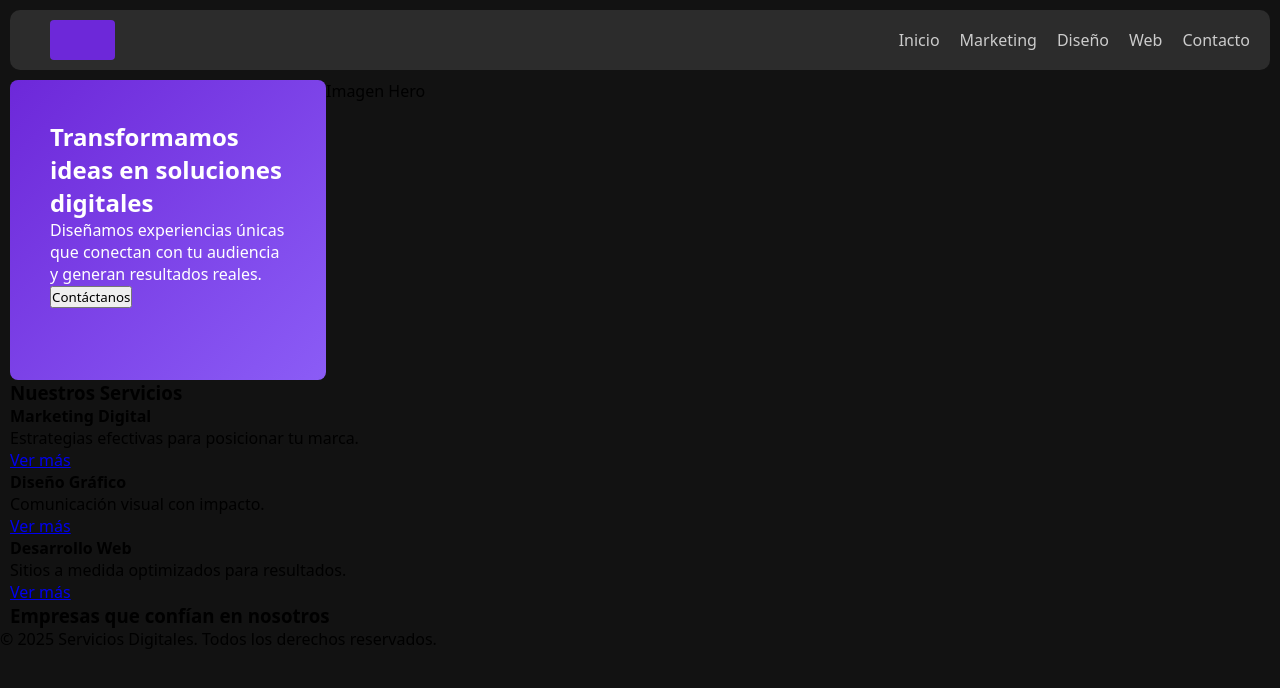
Repository: santinogarrone/TrabajoAgustin
Page: html/index.html
An editor plug-in stored every save of this project. The page is shown before and after a run of saves, followed by the edit.
The browser window is 1280 px wide. The pictures show the whole page.

Above is the page before, as saved 2025-05-02 12:12:49.

### html/index.html
<!DOCTYPE html>
<html lang="en">
<head>
    <meta charset="UTF-8">
    <meta name="viewport" content="width=device-width, initial-scale=1.0">
    <link rel="stylesheet" href="../css/style.css">
    <title>Página de Agustin</title>
</head>
<body>

    <header>
        <nav class="nav-bar">
            <div class="cuadrado-violeta">

            </div>


            <ul class="nav-list">
                <li class="nav-item"><a href="">Inicio</a></li>
                <li class="nav-item"><a href="">Marketing</a></li>
                <li class="nav-item"><a href="">Diseño</a></li>
                <li class="nav-item"><a href="">Web</a></li>
                <li class="nav-item"><a href="">Contacto</a></li>
            </ul>

            <button class="menu-icon" aria-label="menu">
                <span class="menu-line"></span>
                <span class="menu-line"></span>
                <span class="menu-line"></span>
            </button>
        </nav>
    </header>
        <main>

            <section class="main-contact">
                <div class="contacto">
                    <h2 class="tit-contacto">Transformamos ideas en soluciones digitales</h2>
                    <p class="explicacion">Diseñamos experiencias únicas que conectan con tu audiencia y generan resultados reales.</p>

                    <button class="boton-contactar" onclick="location.href='../html/contacto.html'">
                        Contáctanos
                    </button>
                </div>

                <div class="img-hero">
                    Imagen Hero
                </div>
            </section>

            <section class="servicios">
                <h3>Nuestros Servicios</h3>

                <div class="card">
                    <h4>Marketing Digital</h4>
                    <p>Estrategias efectivas para posicionar tu marca.</p>
                    <a href="../html/marketing.html">Ver más</a>
                </div>

                <div class="card">
                    <h4>Diseño Gráfico</h4>
                    <p>Comunicación visual con impacto.</p>
                    <a href="#">Ver más</a>
                </div>

                <div class="card">
                    <h4>Desarrollo Web</h4>
                    <p>Sitios a medida optimizados para resultados.</p>
                    <a href="#">Ver más</a>
                </div>

            </section>

            <section class="empresas">
                <h3>Empresas que confían en nosotros</h3>
                <article class="logos">
                    <div class="logo"></div>
                    <div class="logo"></div>
                    <div class="logo"></div>
                    <div class="logo"></div>
                </article>

            </section>

        </main>

    <footer>
        <div class="ftr">
            <p>&copy; 2025 Servicios Digitales. Todos los derechos reservados.</p>
        </div>
    </footer>
</body>
</html>

### css/style.css
@import url(./global.css);

*{
    margin: 0;
    padding: 0;
    box-sizing: border-box;
    font-family: var(--font-family);
}


body{
    background-color: var(--fondo-color);
    height: 100%;
}
main{
    margin: 0 10px;
}

header{
    padding: 10px;
}
.cuadrado-violeta{
    display: block;
    width: 65px;
    height: 40px;
    background-color: var(--primary-color-original);
    border-radius: 4px;
    margin-left: 20px;
}


.nav-bar {
    display: flex;
    align-items: center;
    justify-content: space-between;
    background-color: #2c2c2c;
    padding: 10px 20px;
    border-radius: 10px;
    position: relative;
  }

  .menu-icon {
    display: none;
  }

  .menu-line {
    height: 4px;
    background-color: white;
    border-radius: 2px;
    width: 100%;
  }

  .nav-list {
    display: flex;
    gap: 20px;
    list-style: none;
    margin: 0;
    padding: 0;
  }

  .nav-item a {
    color: #ccc;
    text-decoration: none;
  }

  .main-contact{
    display: flex;
  }
  .main-contact .contacto{
    background: var(--primary-color-gradient);
    border-radius: 8px;
    color: var(--texto-color);
    padding: 40px;
    max-width: 750px;
    height: 300px;
    flex-direction: column;
    gap: 20px;
    width: 316px;
  }

  .tit-contacto{
    margin: 0;
  }

@media (375px >= width) {

    .hero-img{
        display: none;
    }
    .hero-texto p{
        display: none;
    }
    body{
        background-color: var(--fondo-color);
        height: 100%;
    }

    header{
        background-color: var(--superficie-dos);
        position: sticky;
        top: 0;
        margin: 0;
        border-radius: 0;
    }

    main{
        margin: 0px;
    }
    .explicacion{
        display: none;
    }

    .nav-list{
        display: none;
    }

    .img-hero{
        display: none;
    }
    .cuadrado-violeta{
        display: block;
        width: 65px;
        height: 40px;
        background-color: var(--primary-color-original);
        border-radius: 4px;
        margin-left: 20px;
    }

    .menu-icon{
        width: 30px;
        height: 30px;
        background: transparent;
        display: flex;
        flex-direction: column;
        gap: 4px;
        height: fit-content;
        border: none;
    }

    .menu-line{
        width: 100%;
        height: 4px;
        background-color: var(--texto-color);
        border: none;
        border-radius: 4px;

    }

    .nav-bar{
        display: flex;
        justify-content: space-between;
        align-items: center;
        padding: 5px 16px;
    }


    .main-contact{
        display: flex;
        padding: 24px;
        justify-content: center;
        align-items: center;
    }

    .contacto{
        display: block;
        padding: 34px;
        background: var(--primary-color-gradient);
        border-radius: 10px;
        color: var(--texto-color);
        height: auto;
        font-size: 12px;
    }

    .contacto .tit-contacto{
        text-align: center;
        align-items: center;
        font-weight: bold;
        margin-top: 30px;
    }

    .boton-contactar{
        display: block;
        margin: 0 auto;
        margin-bottom: 20px;
        margin-top: 12px;
        padding: 5px 20px;
        color: var(--primary-claro);
        background-color: var(--fondo-color);
        border-radius: 6px;
        cursor: pointer;
    }

    .servicios{
        display: flex;
        flex-direction: column;
        margin: 0 20px;
    }

    .servicios h3{
        color: var(--texto-color);
    }

    .card{
        margin-top: 5px;
        align-items: center;
        justify-content: center;
        background-color: var(--superficie-dos);
        border-radius: 8px;
        padding: 12px;
        margin-bottom: 15px;
    }

    .card h4{
        color: var(--texto-color);
    }

    .card p{
        color: var(--texto-secundario);
        padding-bottom: 20px;
    }

    .card a{
        display: inline-block;
        margin-bottom: 20px;
        color: var(--texto-color);
        cursor: pointer;
    }

    .empresas{
        display: flex;
        flex-direction: column;
        align-items: flex-start;
        margin-left: 20px;
    }

    .empresas h3{
        color: var(--texto-color);
        margin-bottom: 1rem;
    }

    .logos{
        margin-top: 5px;
        width: 335px;
        display: flex;
        justify-content: center;
        align-items : center;
        gap: 5px;
        background-color: var(--superficie-dos);
        border-radius: 8px;
        padding: 20px;
        margin-bottom: 10px;
    }

    .logo{
        width: 60px;
        height: 30px;
        background-color: #444444;
        border-radius: 5px;
    }

    .ftr{
        background-color: var(--superficie-dos);
        border-radius: 8px;
        text-align: center;
        margin: 15px 10px;
        padding: 16px;
        color: var(--texto-secundario);
    }
}

### css/global.css
:root{
    --primary-color-gradient : linear-gradient(135deg, #6D28D9, #8B5CF6);
    --primary-color-original : #6D28D9;
    --primary-claro : #8b5cf6;
    --secundary-color : #10b981;
    --acento-color : #f5930b;
    --fondo-color : #121212;
    --superficie-color : #1e1e1e;
    --superficie-dos : #2d2d2d;
    --texto-secundario : #A0A0A0;

    --texto-color : #fff;
    --font-family : 'system-ui'
}

After the next 2 saves:
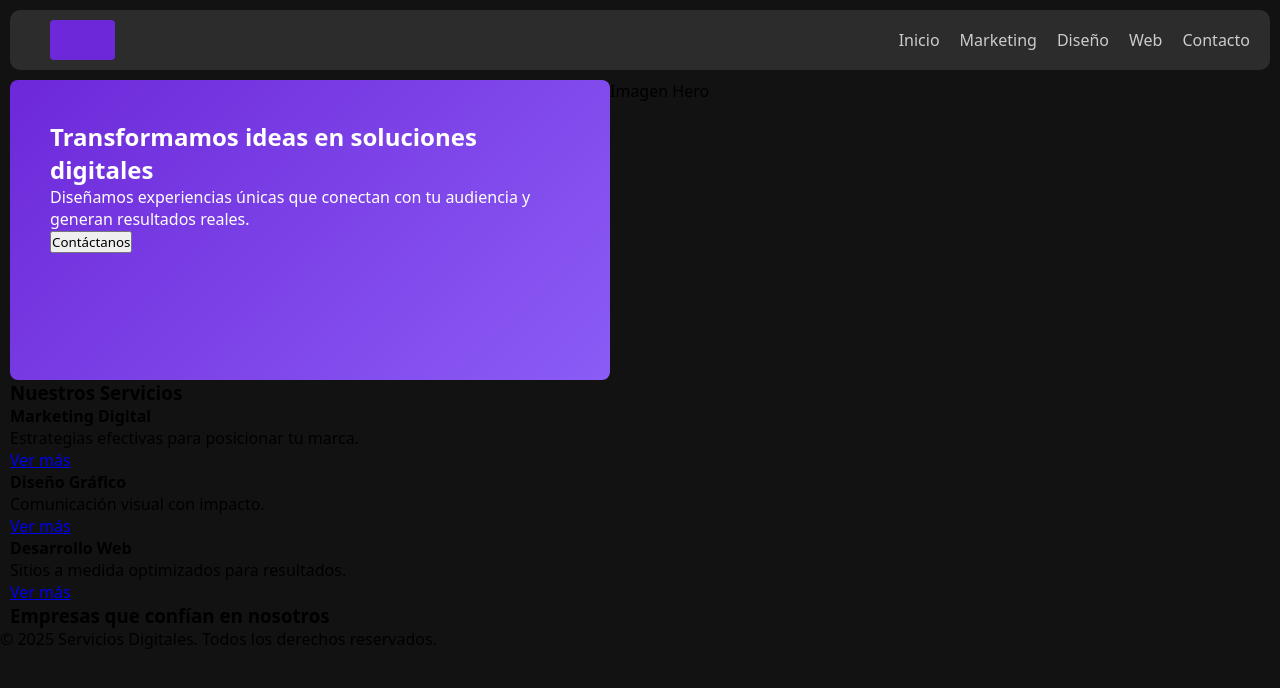
The 2 saves are shown as one change because they came seconds apart.
The last was saved 12 s later.
--- a/css/style.css
+++ b/css/style.css
@@ -75,7 +75,7 @@ header{
     height: 300px;
     flex-direction: column;
     gap: 20px;
-    width: 316px;
+    width: 600px;
   }
 
   .tit-contacto{
